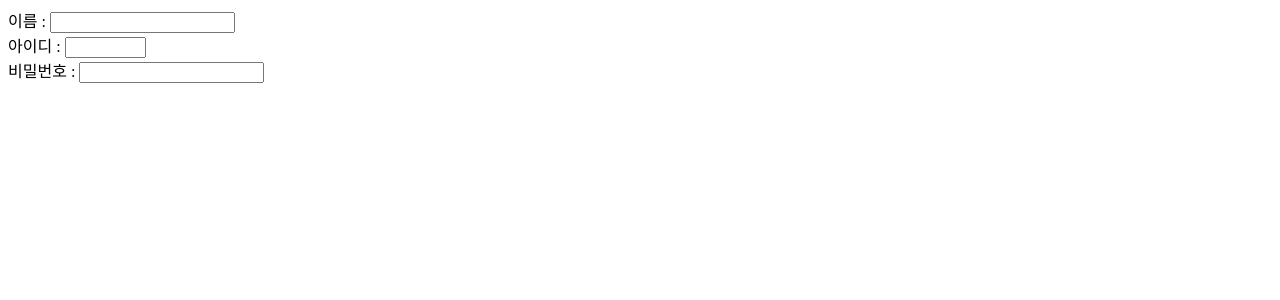
Repository: bjKim2/JSP
Page: HTML/src/main/webapp/Lec06.html
An editor plug-in stored every save of this project. The page is shown before and after the next save, followed by the edit.
The browser window is 1280 px wide. The pictures show the whole page.

Above is the page before, as saved 2022-03-15 04:59:08.

After the next save:
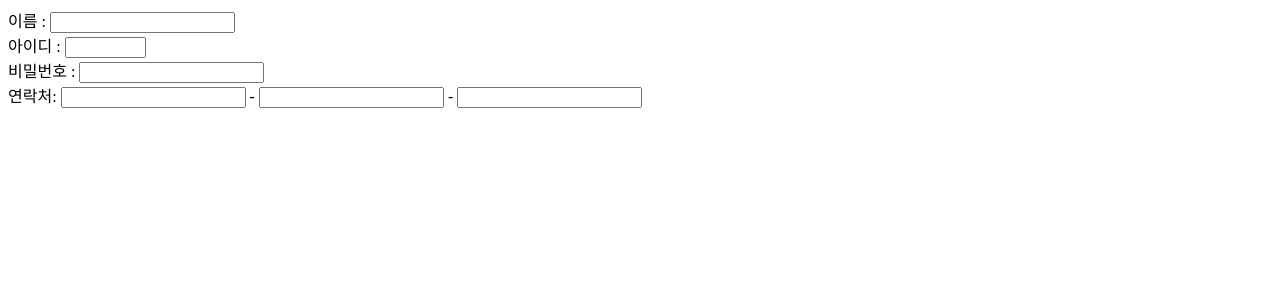
Saved 97 s later.
--- a/HTML/src/main/webapp/Lec06.html
+++ b/HTML/src/main/webapp/Lec06.html
@@ -9,6 +9,9 @@
 			이름 : <input type="text" name = "userName" ><br>
 			아이디 : <input type="text" name = "userId"  size = '7'><br>
 			비밀번호 : <input type="password" name="userPassword"><br>
+			연락처: <input type="number" name = "phone1"  size = '7'> -
+					<input type="number" name = "phone2"  size = '7'> -
+					<input type="number" name = "phone3"  size = '7'><br>
 
 
 
